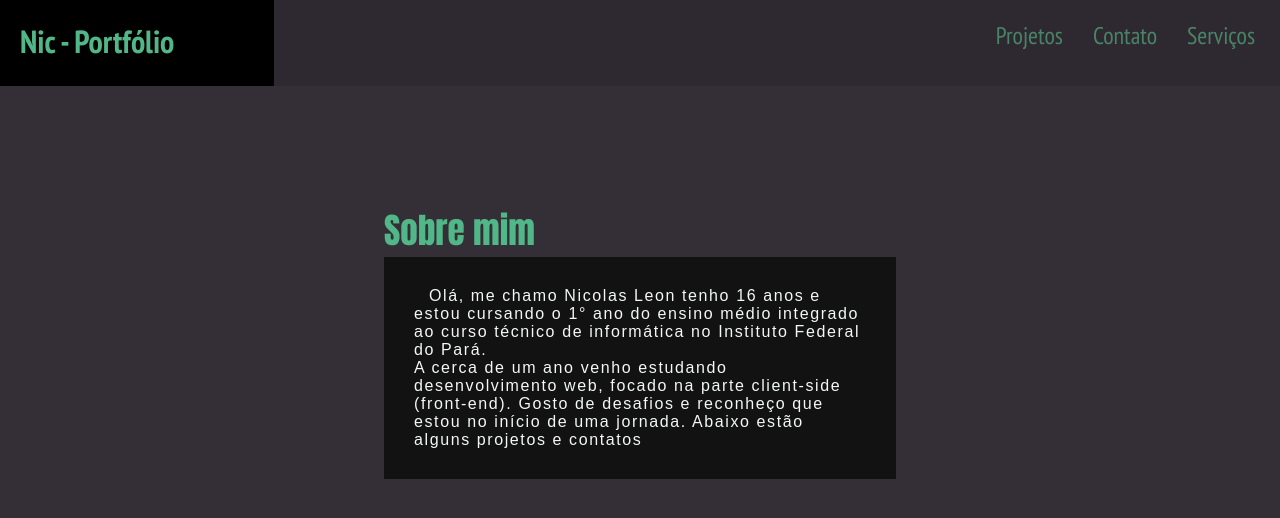
Repository: Leonngc/portfolio
Page: index.html
These files come from the project's save history. The page is drawn as it stood at one moment and after a run of saves; the edit follows.
The browser window is 1280 px wide. The pictures show the whole page.

Above is the page before, as saved 2022-12-02 10:57:27.

After the next 3 saves:
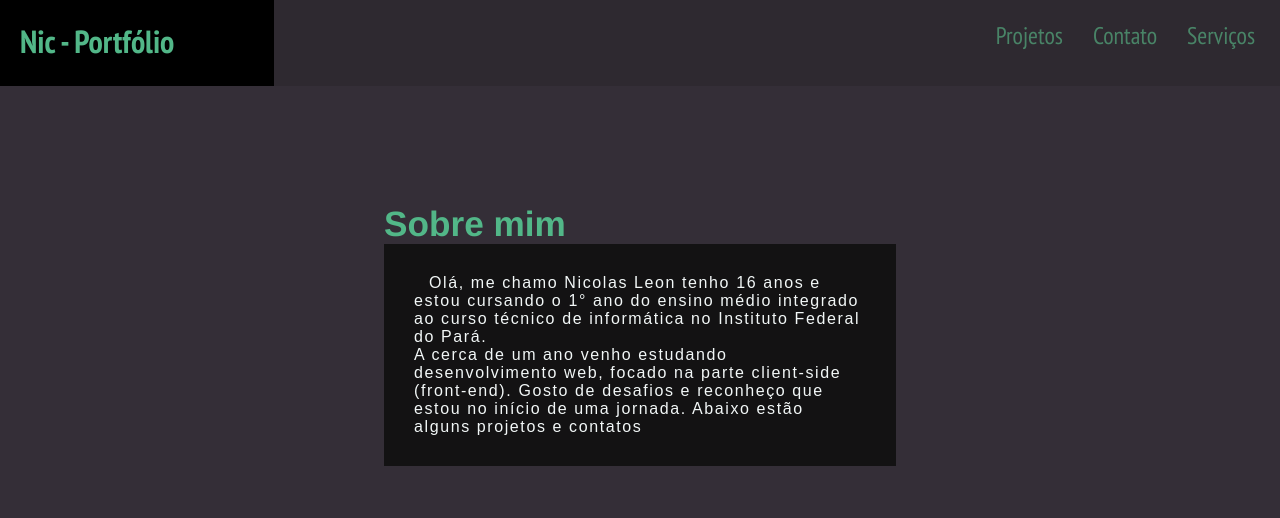
The 3 saves are shown as one change because they came seconds apart.
The last was saved 9 s later.
--- a/home.css
+++ b/home.css
@@ -68,7 +68,7 @@
 }
 
 section > h2{
-    font-family: Impact, Haettenschweiler, 'Arial Narrow Bold', sans-serif;
+    font-family: 'Franklin Gothic Medium', 'Arial Narrow', Arial, sans-serif;
     font-size: 2.2em;
 }
 
